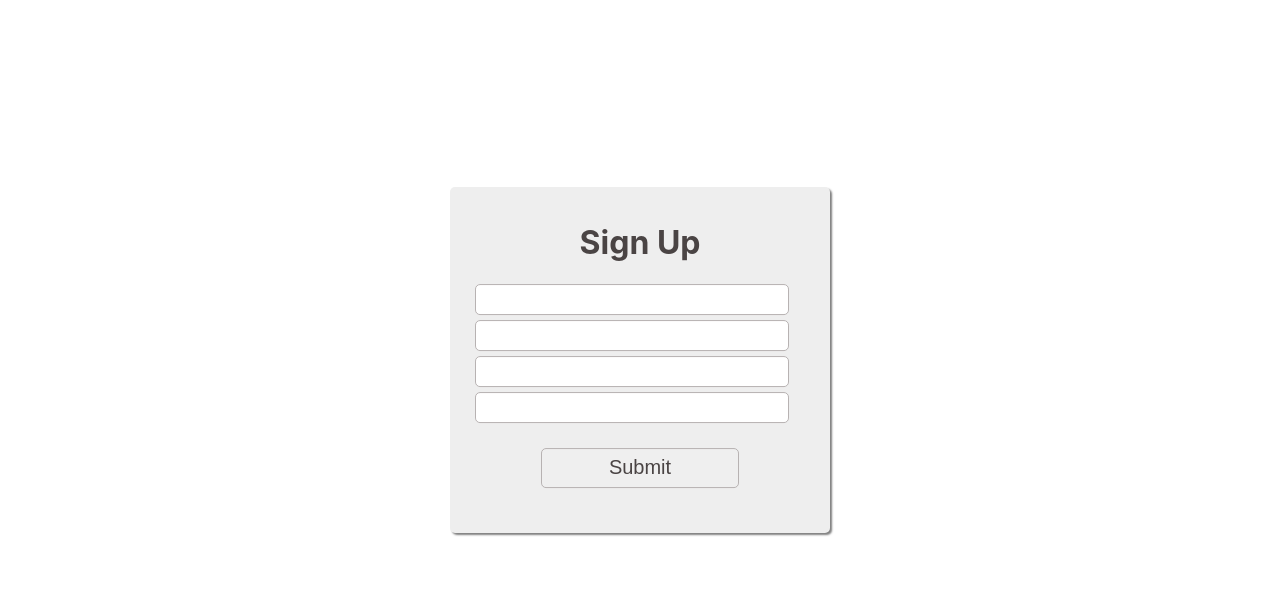
Repository: khamraeva/JSP-homework1-sighup
Page: /
An editor plug-in stored every save of this project. The page is shown before and after the next save, followed by the edit.
The browser window is 1280 px wide. The pictures show the whole page.
The project was rebuilt for these pictures with package versions that can differ from the ones it lists, and the page was loaded fresh each time.

Above is the page before, as saved 2020-07-22 19:37:01.

After the next save:
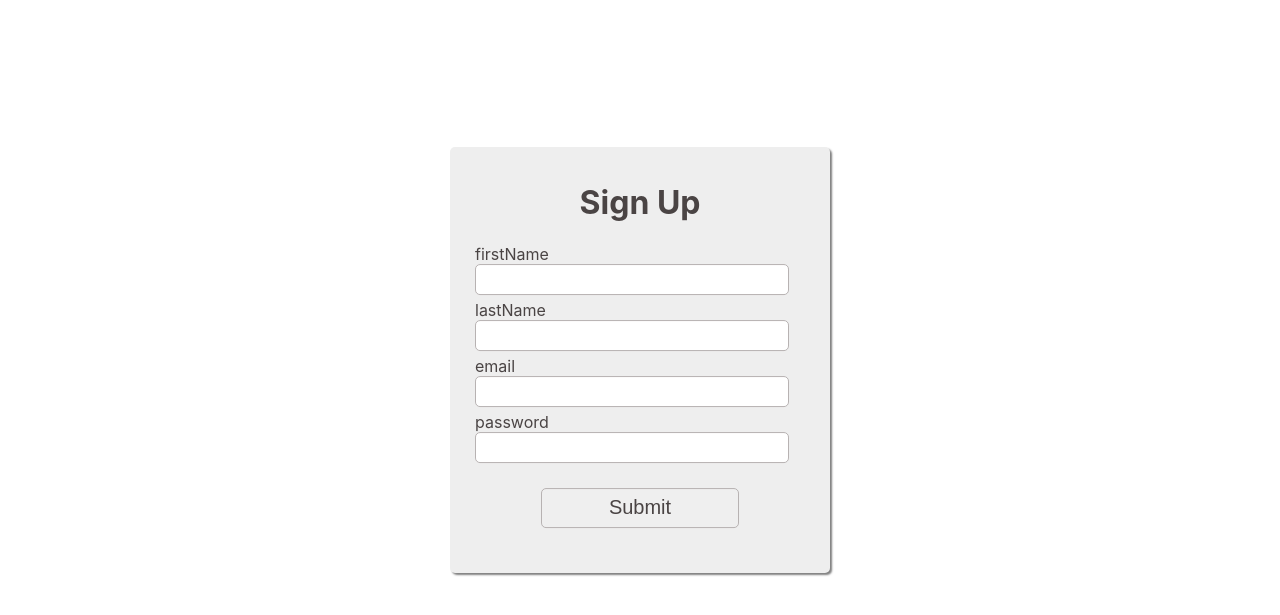
Saved 34 s later.
--- a/src/Components/SignUp/SignUp.js
+++ b/src/Components/SignUp/SignUp.js
@@ -84,8 +84,8 @@
                         return (
                             < Input
                                 key={index}
-                                label={input.label}
-                                type={input.type}
+                                label={input}
+                                type={input}
                             />
                         )
                     })

After the save that followed:
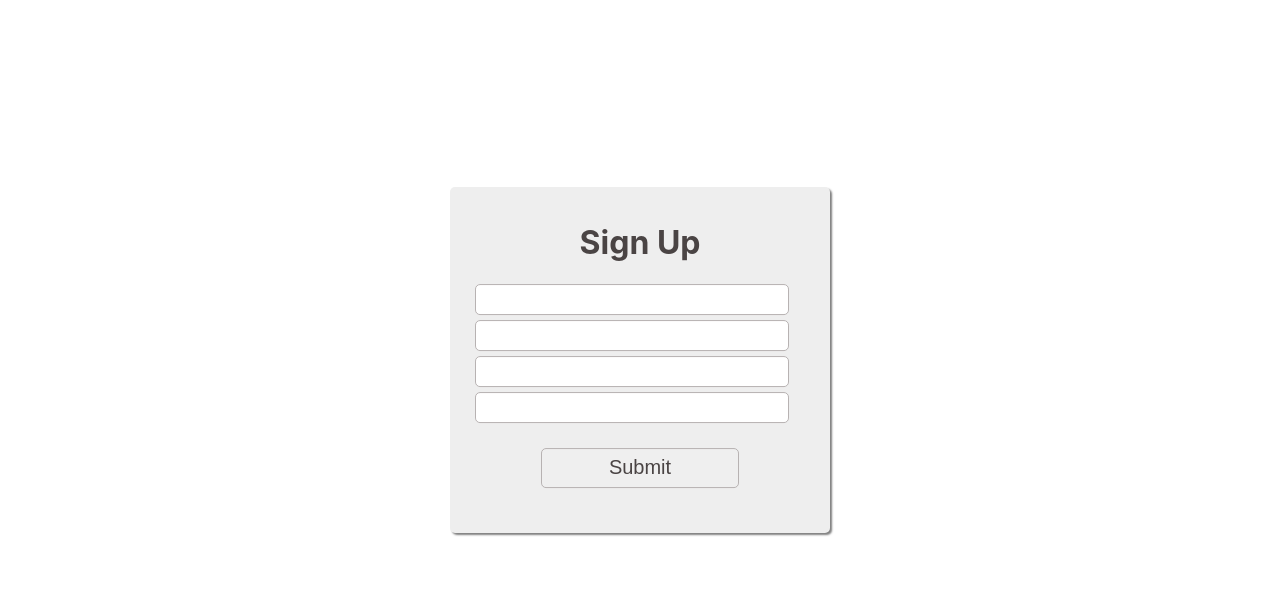
Saved 24 s later.
--- a/src/Components/SignUp/SignUp.js
+++ b/src/Components/SignUp/SignUp.js
@@ -84,8 +84,8 @@
                         return (
                             < Input
                                 key={index}
-                                label={input}
-                                type={input}
+                                label={input.label}
+                                type={input.type}
                             />
                         )
                     })
